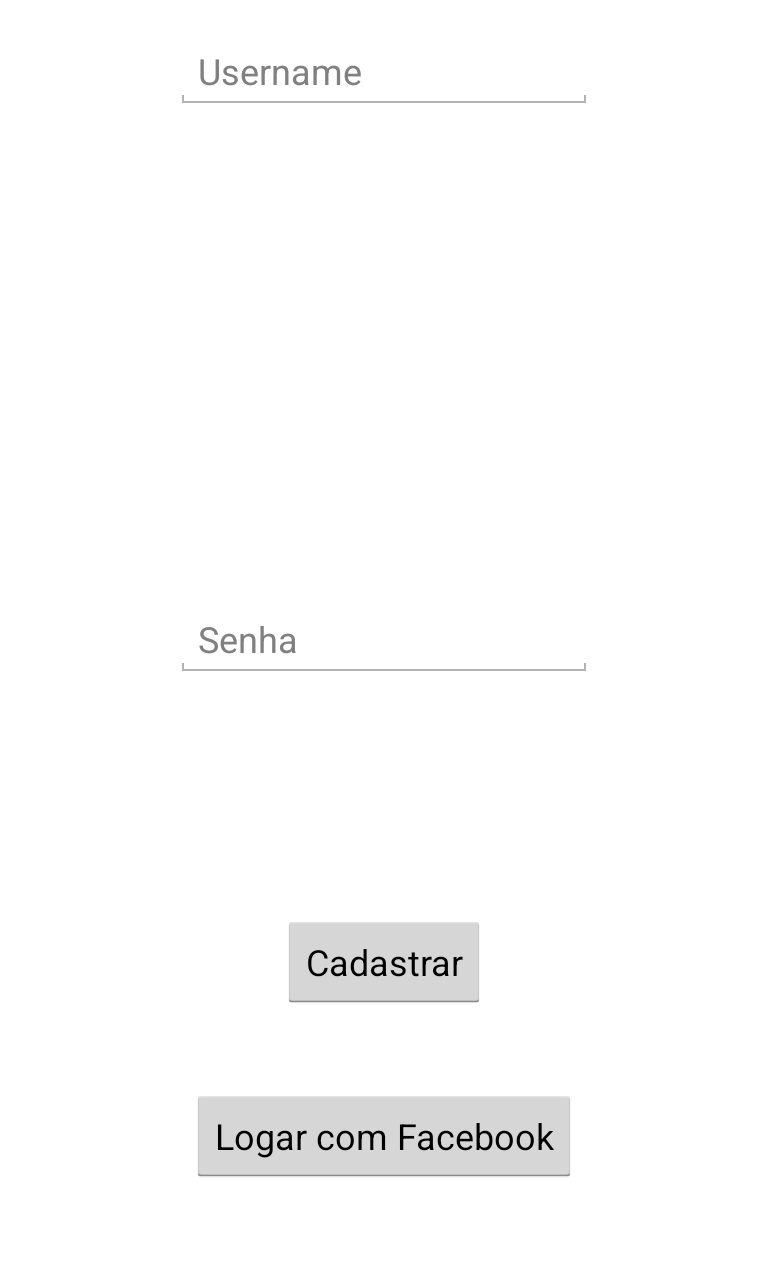
Repository: sergiofffilho/TrocandoIdeias
Layout: workspace/TrocandoIdeias/res/layout/activity_cadastro.xml
These files come from the project's save history. The layout is drawn as it stood at one moment and after the next save; the edit follows.
It is drawn on a 768 x 1280 px phone screen (xhdpi) without system bars, with theme AppTheme; the app's code is not run. The app's manifest (not shown) leaves right-to-left support off. So textAlignment, textDirection and layoutDirection are ignored, and left and right values win over start and end ones.

Above is the layout before, as saved 2015-04-25 20:46:39.

After the next save:
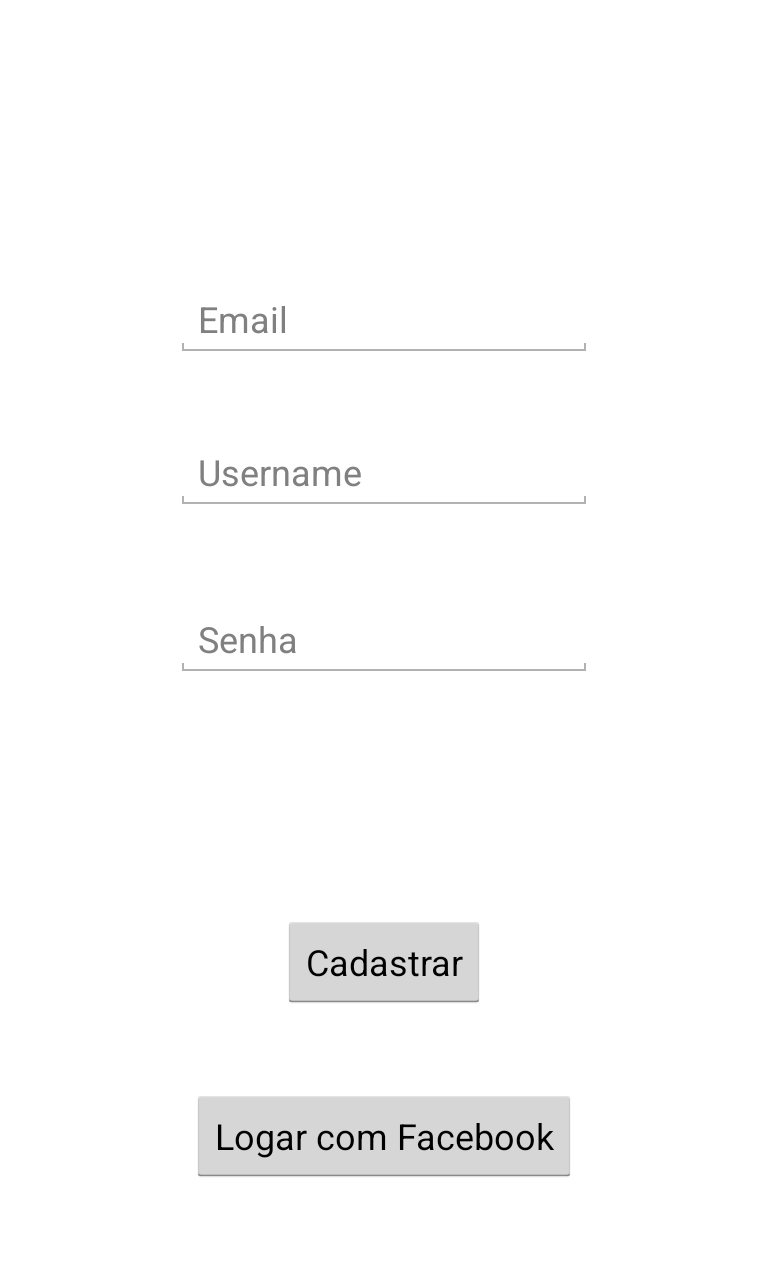
Saved 7 s later.
--- a/workspace/TrocandoIdeias/res/layout/activity_cadastro.xml
+++ b/workspace/TrocandoIdeias/res/layout/activity_cadastro.xml
@@ -23,7 +23,7 @@
         android:id="@+id/username"
         android:layout_width="wrap_content"
         android:layout_height="wrap_content"
-        android:layout_above="@+id/editText3"
+        android:layout_above="@+id/senha"
         android:layout_centerHorizontal="true"
         android:layout_marginBottom="44dp"
         android:ems="10"

After the save that followed:
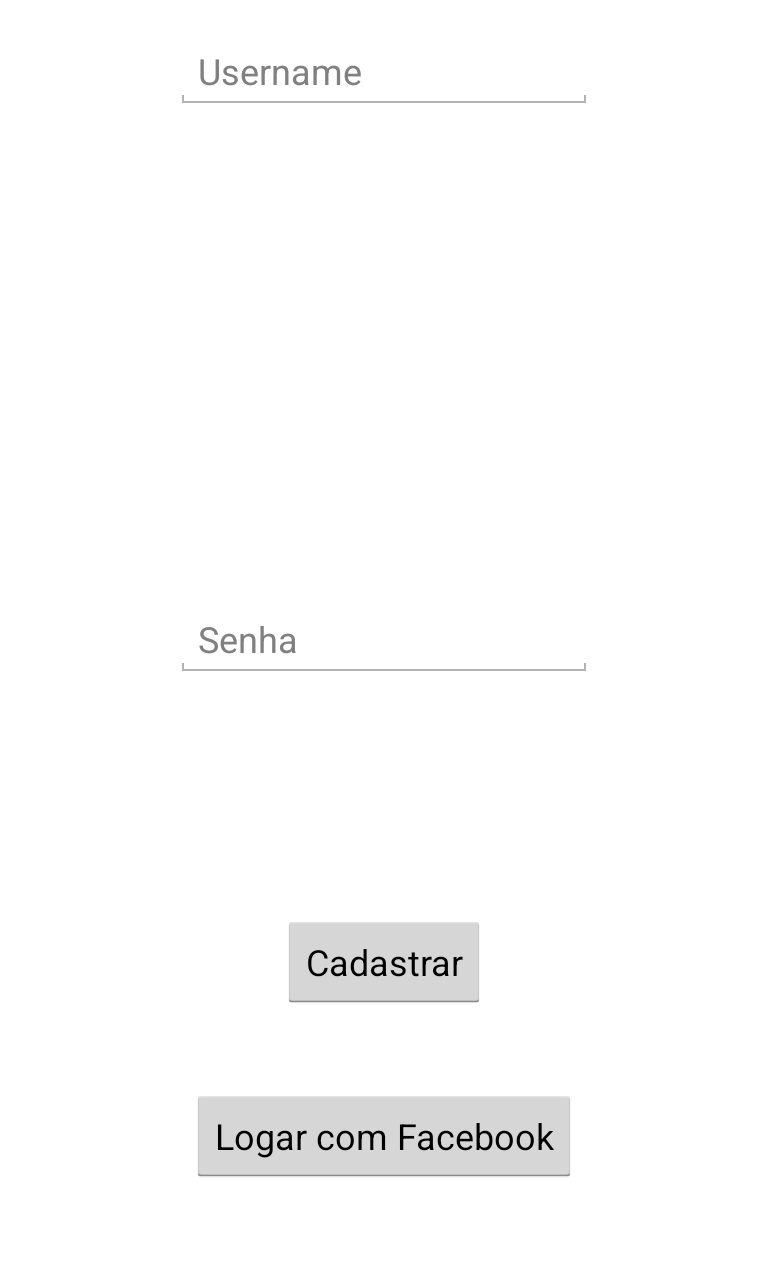
Saved 11 min 7 s later.
--- a/workspace/TrocandoIdeias/res/layout/activity_cadastro.xml
+++ b/workspace/TrocandoIdeias/res/layout/activity_cadastro.xml
@@ -23,14 +23,14 @@
         android:id="@+id/username"
         android:layout_width="wrap_content"
         android:layout_height="wrap_content"
-        android:layout_above="@+id/senha"
+        android:layout_above="@+id/senhaC"
         android:layout_centerHorizontal="true"
         android:layout_marginBottom="44dp"
         android:ems="10"
         android:hint="@string/usernameCadastro" />
 
     <EditText
-        android:id="@+id/senha"
+        android:id="@+id/senhaCadastro"
         android:layout_width="wrap_content"
         android:layout_height="wrap_content"
         android:layout_alignStart="@+id/username"
